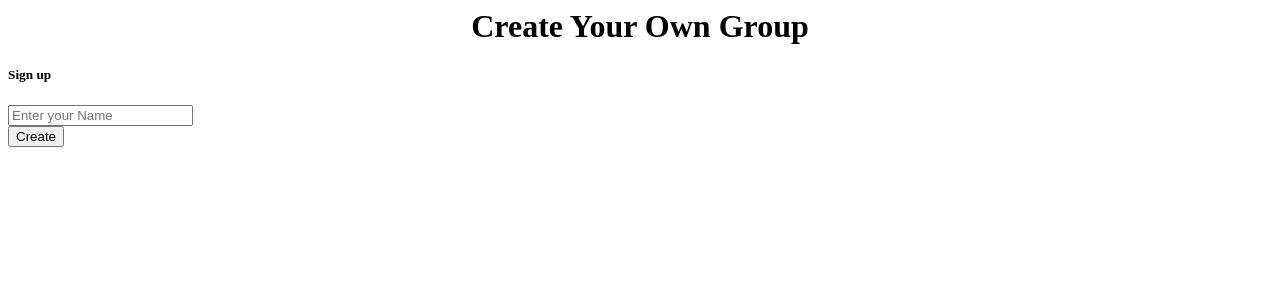
Repository: Abinayasivapraba/Finoculus
Page: LetzChat/WebContent/Group/CreateGroup.html
The author's editor kept a copy of each file at every save. The page is drawn from the files as they stood at one save, then again after the next save.
The browser window is 1280 px wide. The pictures show the whole page.

Above is the page before, as saved 2017-08-08 00:41:14.

### LetzChat/WebContent/Group/CreateGroup.html

<div ng-controller="GroupController as gtrl">
<div class="container">
	<div class="row">
<center><h1>Create Your Own Group</h1></center>

   <div class="formcontainer">
			<div class="row main">
				<div class="main-login main-center">
				<h5>Sign up </h5>
					<form ng-submit="gtrl.create()" name="myForm" class="form-horizontal">





						<div class="form-group">

							<div class="cols-sm-4">
								<div class="input-group">
									<span class="input-group-addon"><i class="fa fa-users fa" aria-hidden="true"></i></span>
									<input type="text" class="form-control" name="name" id="name" ng-model="gtrl.group.groupname"  placeholder="Enter your Name"/>
								</div>
							</div>
						</div>





						<input type="submit" class="btn btn-lg btn-success btn-success" value="Create">






					</form>
				</div>
			</div>
		</div>
		</div>
		</div>
		</div>

After the next save:
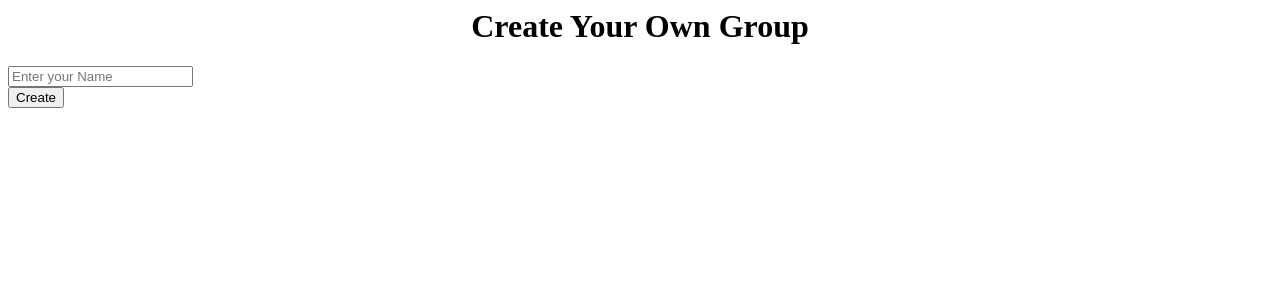
Saved 100 min 26 s later.
--- a/LetzChat/WebContent/Group/CreateGroup.html
+++ b/LetzChat/WebContent/Group/CreateGroup.html
@@ -2,19 +2,15 @@
 <div ng-controller="GroupController as gtrl">
 <div class="container">
 	<div class="row">
-<center><h1>Create Your Own Group</h1></center>
+       <center><h1>Create Your Own Group</h1></center>
 
-   <div class="formcontainer">
+        <div class="formcontainer">
 			<div class="row main">
 				<div class="main-login main-center">
-				<h5>Sign up </h5>
+
 					<form ng-submit="gtrl.create()" name="myForm" class="form-horizontal">
 
-
-
-
-
-						<div class="form-group">
+					<div class="form-group">
 
 							<div class="cols-sm-4">
 								<div class="input-group">
@@ -23,10 +19,6 @@
 								</div>
 							</div>
 						</div>
-
-
-
-
 
 						<input type="submit" class="btn btn-lg btn-success btn-success" value="Create">
 
